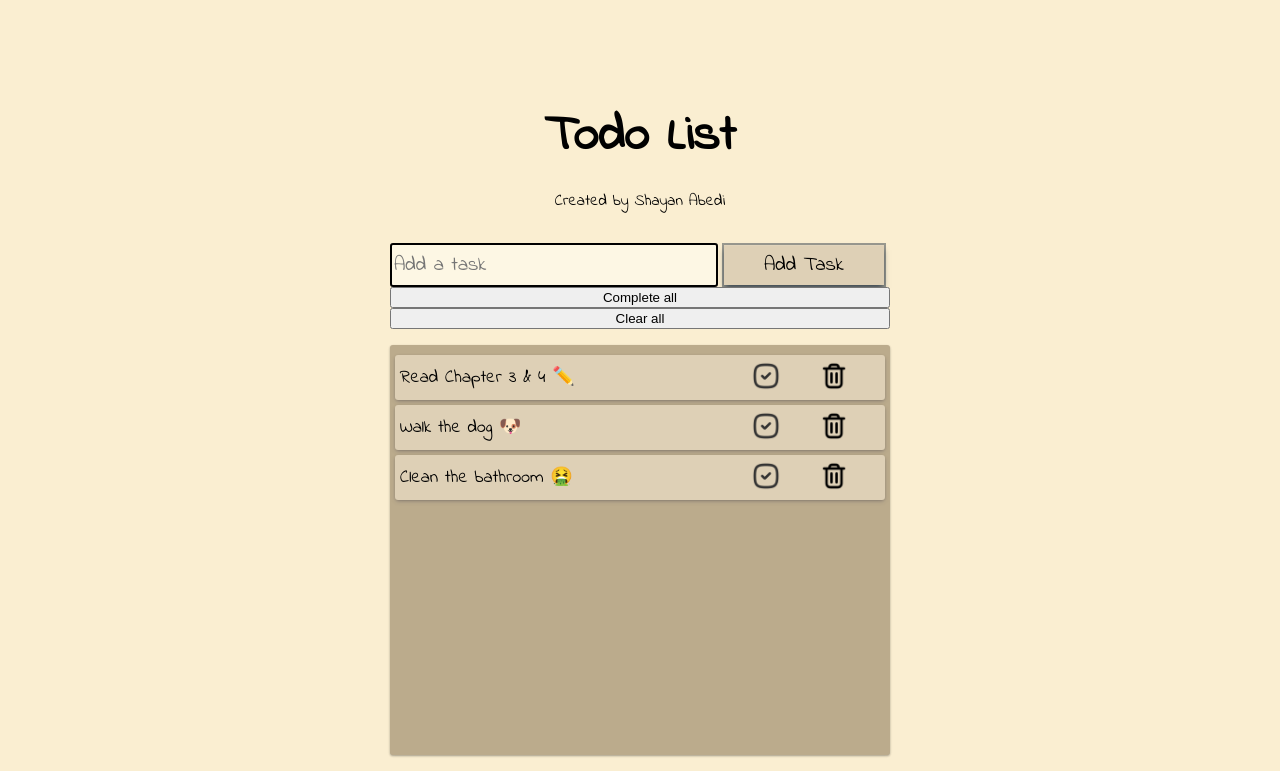
Repository: shayanabedi98/todo-list
Page: /
An editor plug-in stored every save of this project. The page is shown before and after the next save, followed by the edit.
The browser window is 1280 px wide. The pictures show the whole page.
The project was rebuilt for these pictures with package versions that can differ from the ones it lists, and the page was loaded fresh each time. Also part of the build but not shown: vite.config.js.

Above is the page before, as saved 2023-12-30 17:07:03.

After the next save:
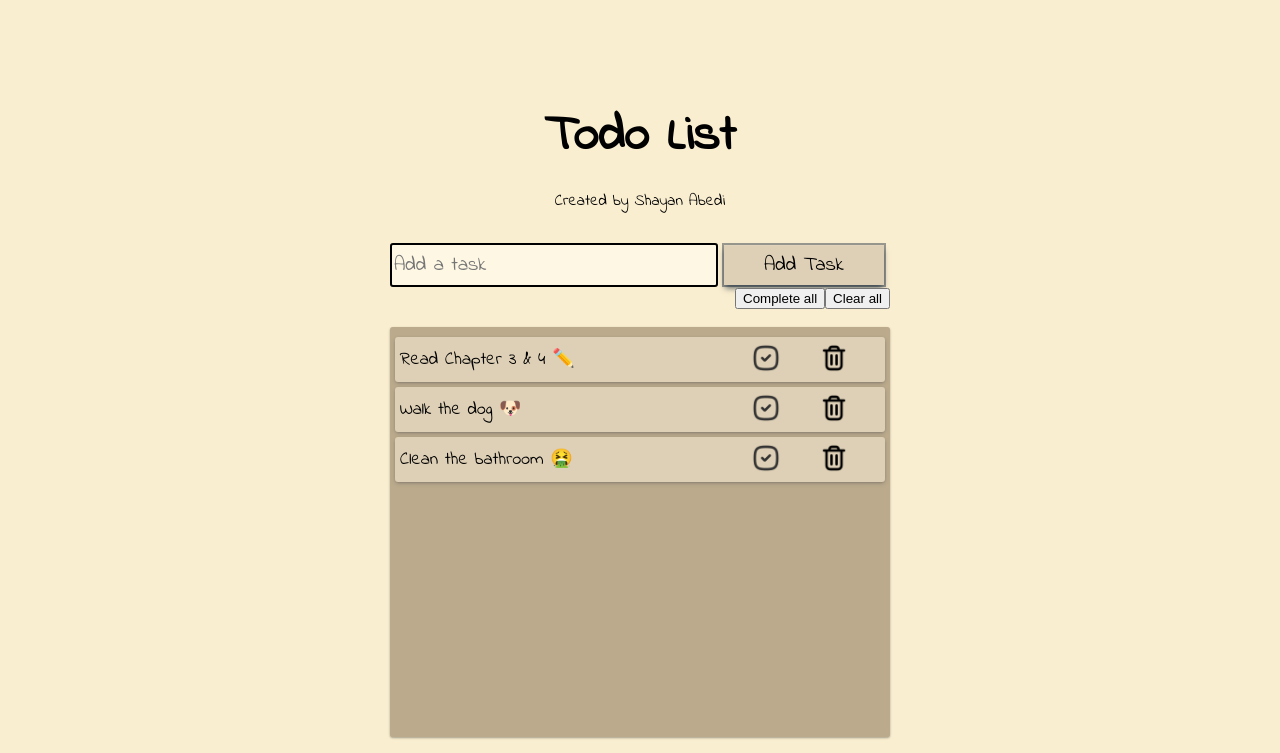
Saved 28 s later.
--- a/src/index.css
+++ b/src/index.css
@@ -40,7 +40,7 @@ h1 {
 }
 
 .affect-all {
-  display: grid;
+  text-align: end;
 }
 
 .list ul {
